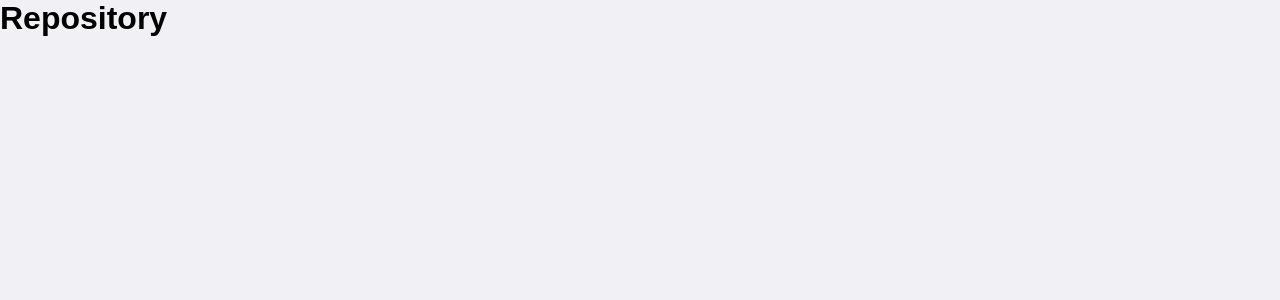
Repository: ramonmjr/projeto-repositorios-git-react
Page: /repository
An editor plug-in stored every save of this project. The page is shown before and after the next save, followed by the edit.
The browser window is 1280 px wide. The pictures show the whole page.
The project was rebuilt for these pictures with package versions that can differ from the ones it lists, and the page was loaded fresh each time. A package was used in the major version that the imports need, not the one package.json lists. Also part of the build but not shown: src/pages/Dashboard/styles.ts, src/pages/Dashboard/index.tsx.

Above is the page before, as saved 2020-10-20 21:07:10.

After the next save:
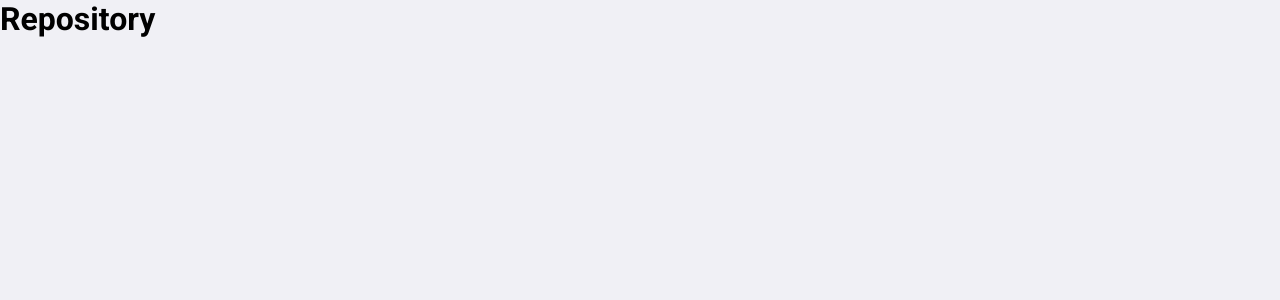
Saved 29 s later.
--- a/src/styles/global.ts
+++ b/src/styles/global.ts
@@ -13,6 +13,6 @@
 }
 
 body, input, button {
-  font: 16px sans-serif;
+  font: 16px Roboto, sans-serif;
 }
 `;
